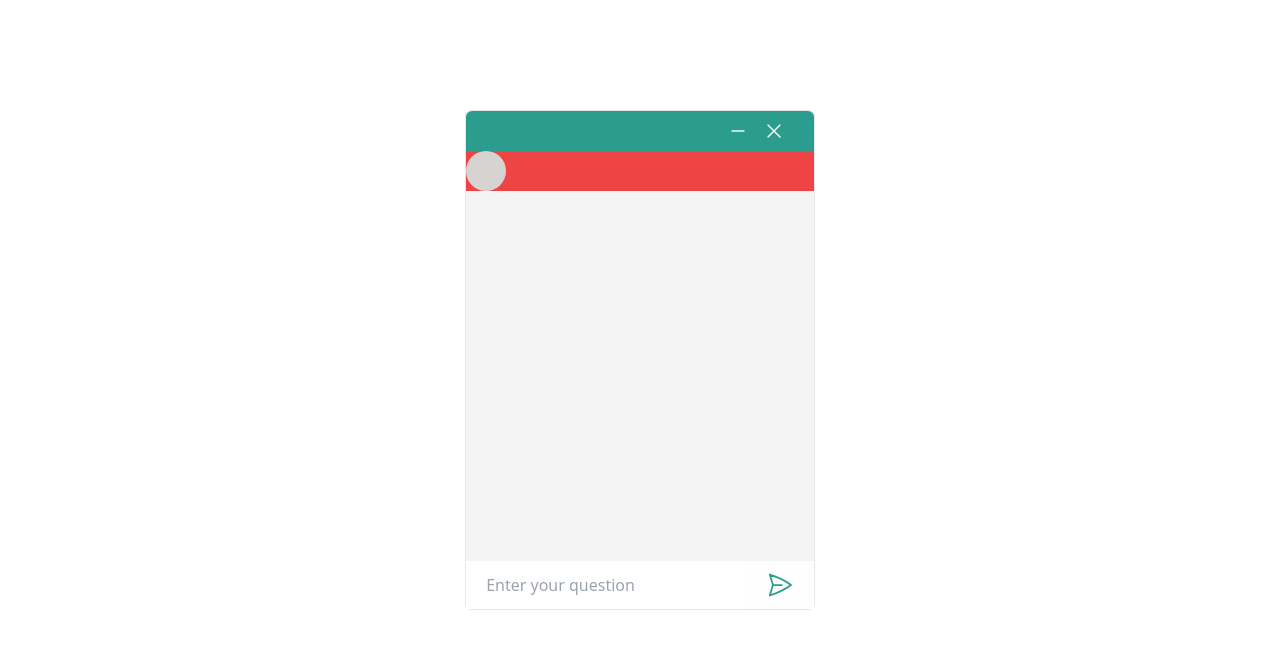
Repository: hsumyatm7308/Chatbot
Page: index.html
An editor plug-in stored every save of this project. The page is shown before and after the next save, followed by the edit.
The browser window is 1280 px wide. The pictures show the whole page.
Some web libraries are served in a nearby version.

Above is the page before, as saved 2023-07-08 17:36:09.

### index.html
<!DOCTYPE html>
<html>

<head>
    <title>Chat Bot</title>
    <script src="https://cdn.tailwindcss.com"></script>
</head>

<body class="bg-[#fffff]">

    <div class="w-screen h-screen flex justify-center items-center  container">
        <div class="w-[350px] h-[500px] bg-[#f4f4f4] border border-b-stone-200 rounded-md relative chatbot-container">
            <div
                class="w-full h-10 text-[#f4f4f4] bg-[#2a9d8f] rounded-tl-md rounded-tr-md flex justify-end items-center">
                <svg xmlns="http://www.w3.org/2000/svg" fill="none" viewBox="0 0 24 24" stroke-width="1.5"
                    stroke="currentColor" class="w-6 h-6 mr-3">
                    <path stroke-linecap="round" stroke-linejoin="round" d="M18 12H6" />
                </svg>

                <svg xmlns="http://www.w3.org/2000/svg" fill="none" viewBox="0 0 24 24" stroke-width="1.5"
                    stroke="currentColor" class="w-6 h-6 mr-7">
                    <path stroke-linecap="round" stroke-linejoin="round" d="M6 18L18 6M6 6l12 12" />
                </svg>

            </div>

            <div class="w-full h-auto overflow-y-auto">
                 <div class="w-full bg-red-500 grid grid-columns-3 profile-side">
                       <div class="w-10 h-10 rounded-full bg-stone-300 col-span-1">

                       </div>
                       <div class=" bg-blue-500 col-span-2">

                       </div>
                 </div>
            </div>

            <div class="w-full h-12 bg-[#fefefe] absolute bottom-0">
                <form action="" class="w-full h-12 bg-[#fefefe] flex justify-between items-center">
                    <input type="text" class="w-[80%] h-full  rounded-bl-md p-4" placeholder=" Enter your question">

                    <button type="submit" class="mr-5">
                        <svg xmlns="http://www.w3.org/2000/svg" fill="none" viewBox="0 0 24 24" stroke-width="1.5"
                            stroke="currentColor" class="w-7 h-7 text-[#2a9d8f]">
                            <path stroke-linecap="round" stroke-linejoin="round"
                                d="M6 12L3.269 3.126A59.768 59.768 0 0121.485 12 59.77 59.77 0 013.27 20.876L5.999 12zm0 0h7.5" />
                        </svg>

                    </button>
                </form>
            </div>
        </div>
    </div>

</body>

</html>

After the next save:
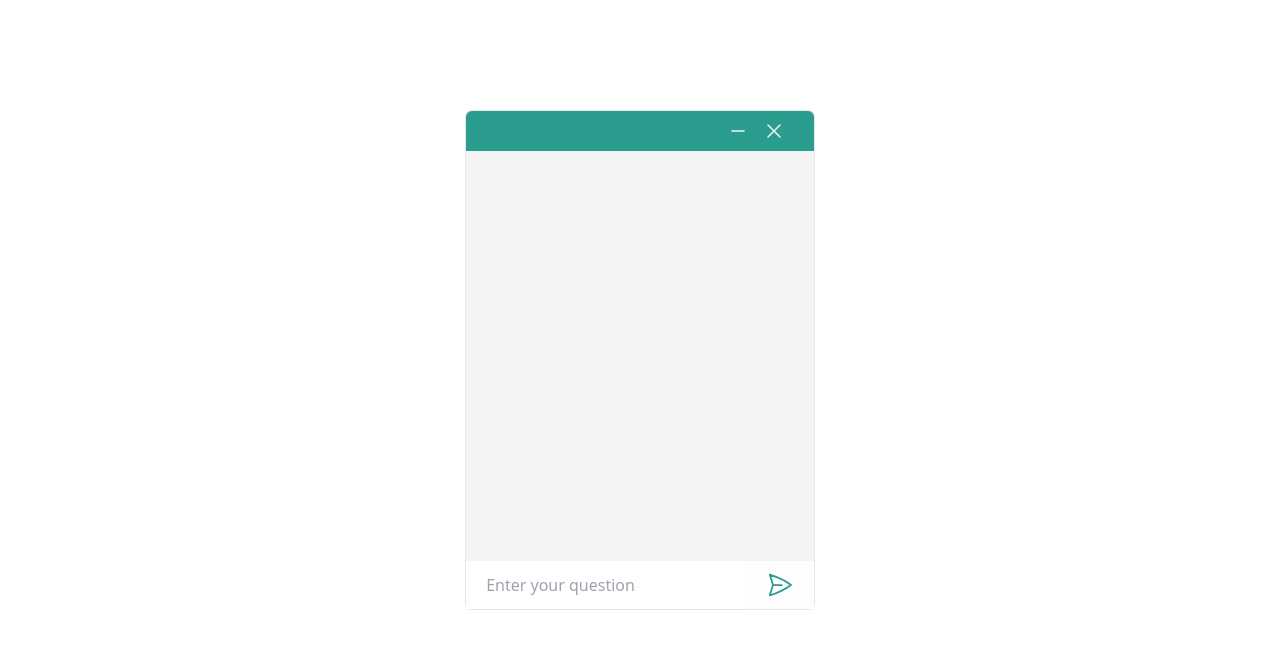
Saved 55 s later.
--- a/index.html
+++ b/index.html
@@ -26,7 +26,7 @@
 
             <div class="w-full h-auto overflow-y-auto">
                  <div class="w-full bg-red-500 grid grid-columns-3 profile-side">
-                       <div class="w-10 h-10 rounded-full bg-stone-300 col-span-1">
+                       <div class="bg-stone-300 col-span-1">
 
                        </div>
                        <div class=" bg-blue-500 col-span-2">
